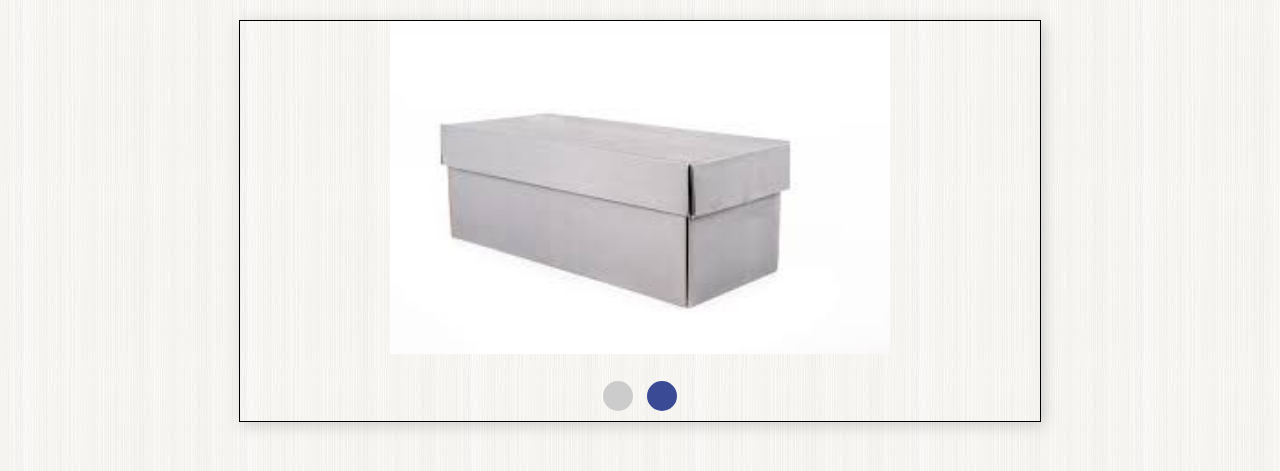
Repository: lauroPereira/study
Page: http://localhost/modules/home/home.php
The author's editor kept a copy of each file at every save. The page is drawn from the files as they stood at one save, then again after the next save.
The browser window is 1280 px wide. The pictures show the whole page.
The page is run by PHP 8.4 with error messages shown; the project is at /var/www/html/.

Above is the page before, as saved 2016-06-14 16:04:19.

After the next save:
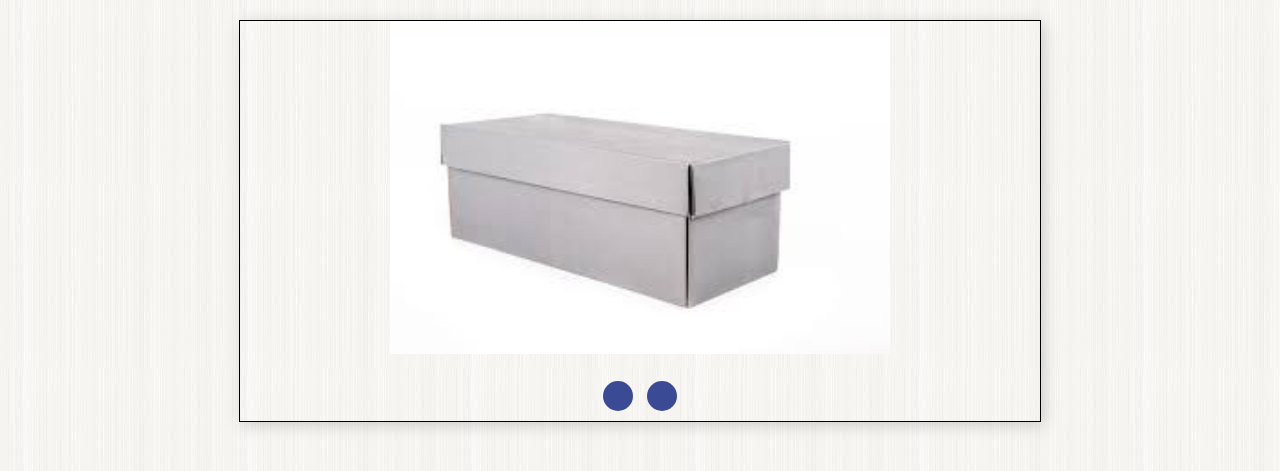
Console error: SyntaxError: Unexpected token '.'
Saved 2 h 43 min later.
--- a/TrabalhoFinalWeb/js/script.js
+++ b/TrabalhoFinalWeb/js/script.js
@@ -18,7 +18,7 @@
 request.onreadystatechange = function() {
 	if (request.readyState == 4) {
 		if (request.status == 200 || window.location.href.indexOf("http") == -1) {
-			return request.response;
+			return request..responseText;
 		} else {
 			alert("Ocorreu um erro ao invocar URL.");
 		}

After the save that followed:
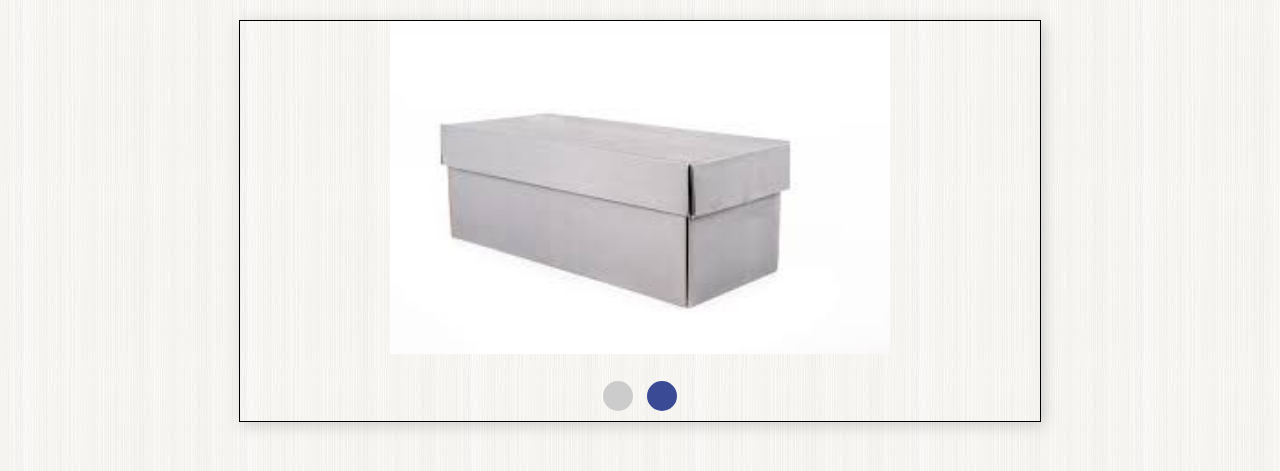
The error is gone.
Saved 92 s later.
--- a/TrabalhoFinalWeb/js/script.js
+++ b/TrabalhoFinalWeb/js/script.js
@@ -18,7 +18,7 @@
 request.onreadystatechange = function() {
 	if (request.readyState == 4) {
 		if (request.status == 200 || window.location.href.indexOf("http") == -1) {
-			return request..responseText;
+			return request.responseText;
 		} else {
 			alert("Ocorreu um erro ao invocar URL.");
 		}
